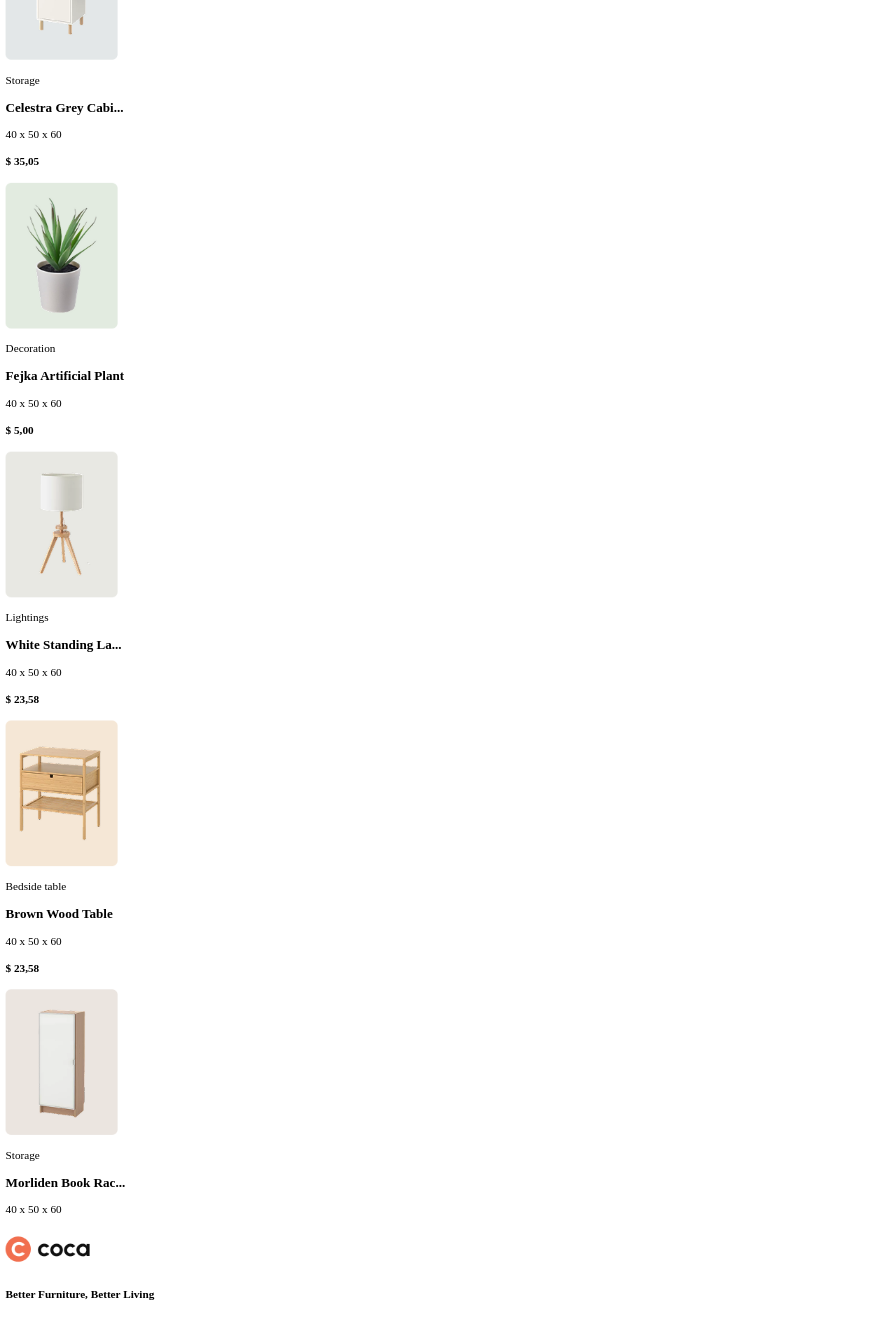
Repository: MatheusEich15/FrontEnd
Page: Prova 1 FrontEnd/Prova 1 FrontEnd/index.html
The author's editor kept a copy of each file at every save. The page is drawn from the files as they stood at one save, then again after the next save.
The browser window is 1280 px wide. The pictures show the part of the page from y = 1735 to 3655 px (the page is 3616 px tall before and 3655 px after), at 70% of full size.

Above is the page before, as saved 2026-03-12 10:01:18.

After the next save:
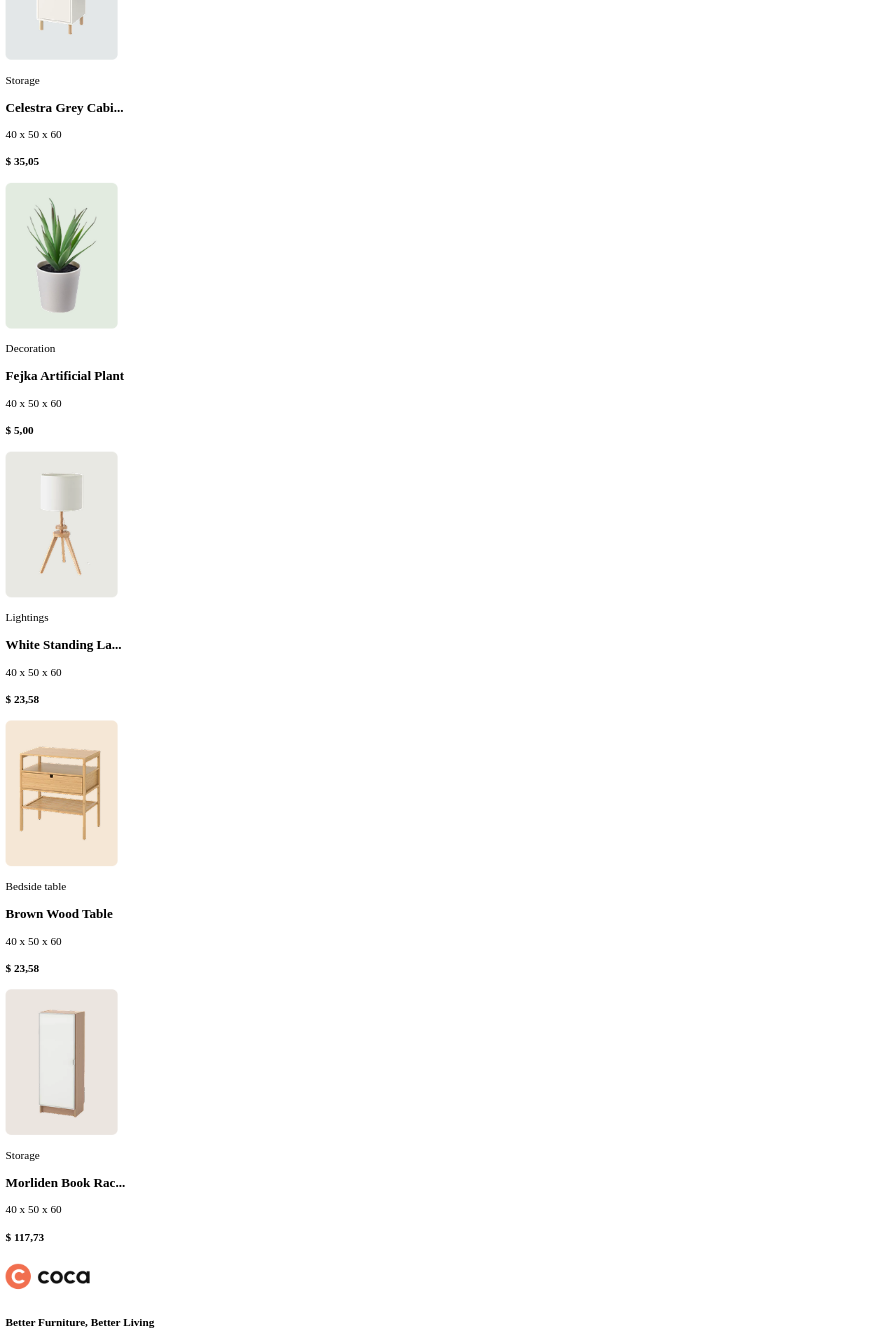
Saved 6 s later.
--- a/Prova 1 FrontEnd/Prova 1 FrontEnd/index.html
+++ b/Prova 1 FrontEnd/Prova 1 FrontEnd/index.html
@@ -138,7 +138,7 @@
                     <p>Storage</p>
                     <h3>Morliden Book Rac...</h3>
                     <p>40 x 50 x 60</p>
-                    <h4></h4>
+                    <h4>$ 117,73</h4>
                 </div>
             </div>
         </section>
